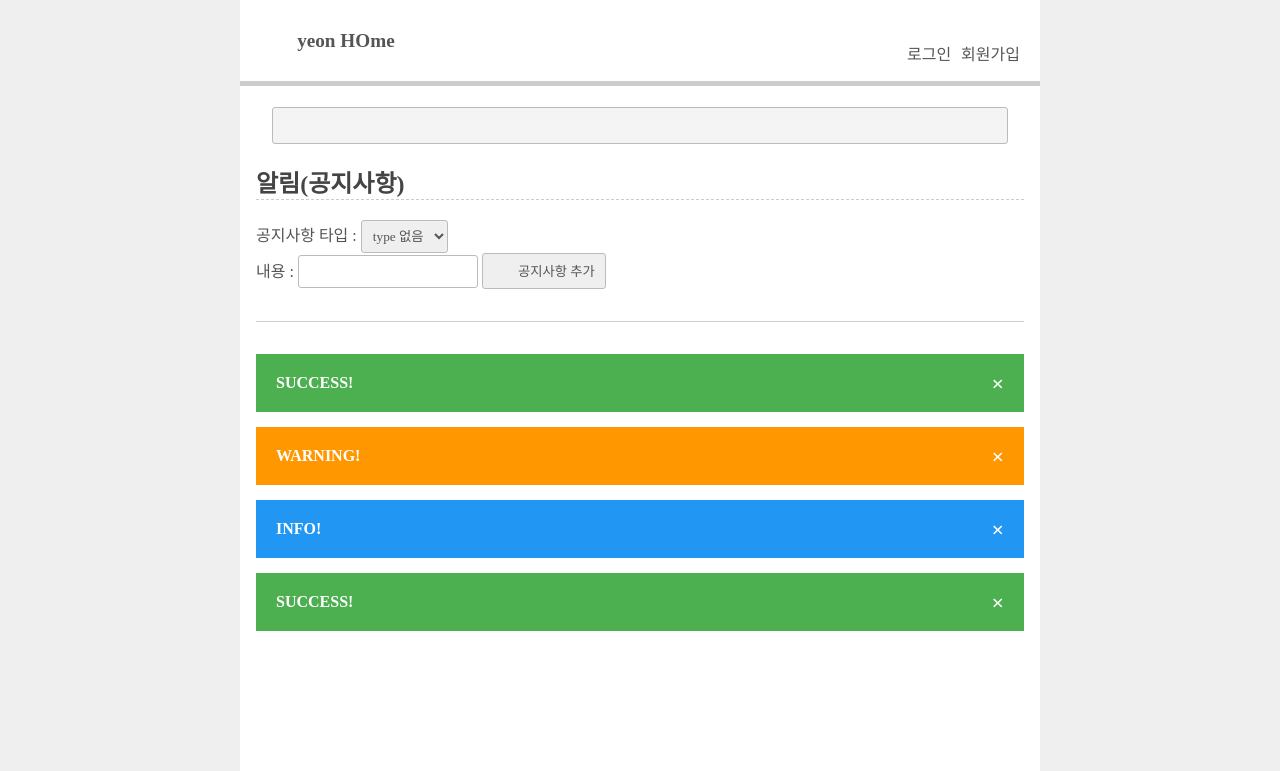
Repository: yeonhwa323/webPro
Page: webPro/src/main/webapp/javascript/days08/ex04_03.html
These files come from the project's save history. The page is drawn as it stood at one moment and after the next save; the edit follows.
The browser window is 1280 px wide. The pictures show the whole page.
Some web fonts or font styles are not loaded; a fallback is used.

Above is the page before, as saved 2024-04-16 02:39:10.

After the next save:
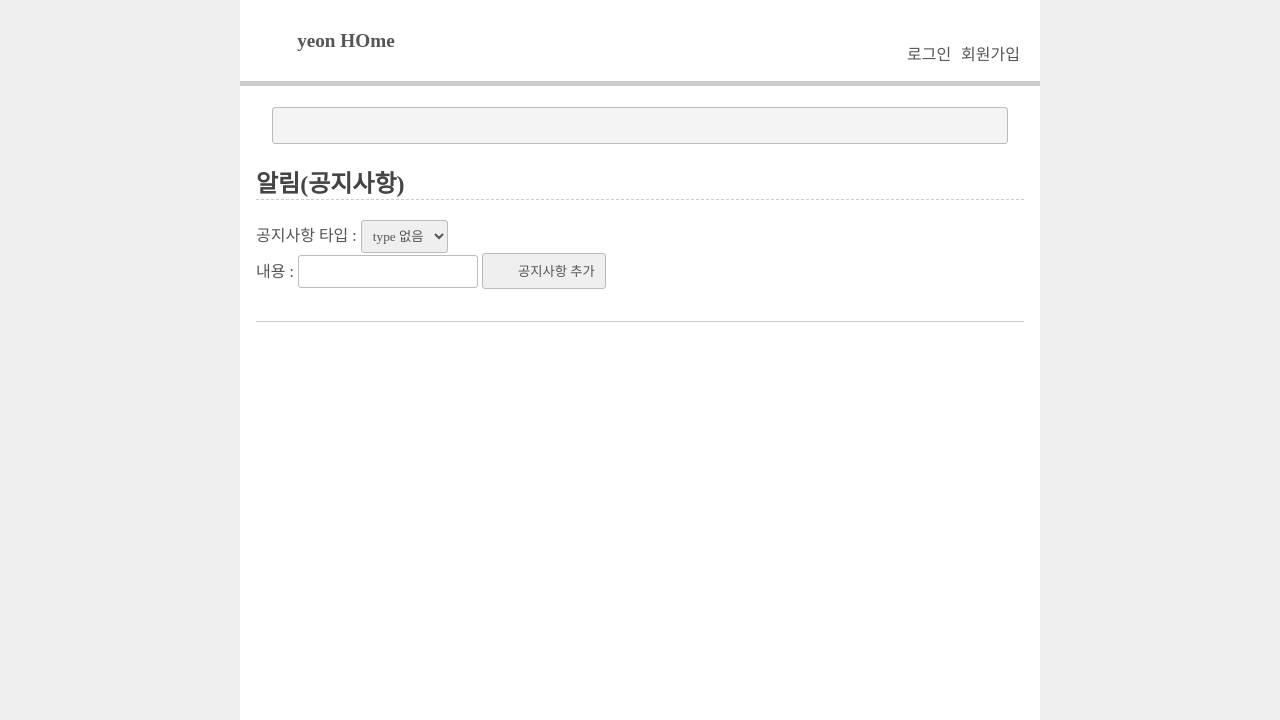
Console error: TypeError: document.creatTextNode is not a function
Saved 46 s later.
--- a/webPro/src/main/webapp/javascript/days08/ex04_03.html
+++ b/webPro/src/main/webapp/javascript/days08/ex04_03.html
@@ -145,8 +145,8 @@
 		strong.innerHTML = type.toUpperCase() + "!";
 		alertDiv.appendChild( strong );
 
-		//let content = document.creatTextNode(message);
-		//alertDiv.appendChild( content );
+		let content = document.creatTextNode(message);
+		alertDiv.appendChild( content );
 
 		const hrElemt = document.querySelector("body > div > hr");
 		hrElemt.parentElement.appendChild(alertDiv);

After the 3 saves that followed:
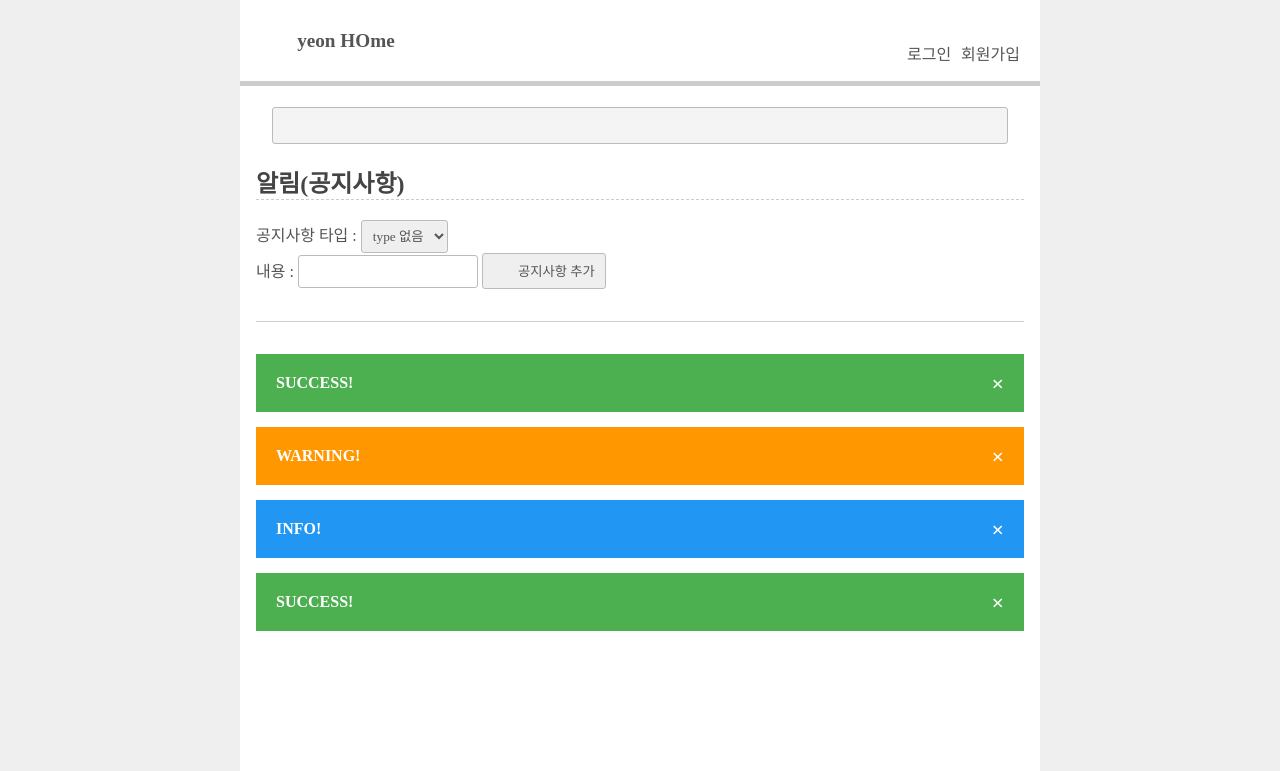
The error is gone.
The 3 saves are shown as one change because 2 left the picture as it was.
The last was saved 2 min 49 s later.
--- a/webPro/src/main/webapp/javascript/days08/ex04_03.html
+++ b/webPro/src/main/webapp/javascript/days08/ex04_03.html
@@ -145,8 +145,8 @@
 		strong.innerHTML = type.toUpperCase() + "!";
 		alertDiv.appendChild( strong );
 
-		let content = document.creatTextNode(message);
-		alertDiv.appendChild( content );
+		//let content = document.creatTextNode(message);
+		//alertDiv.appendChild( content );
 
 		const hrElemt = document.querySelector("body > div > hr");
 		hrElemt.parentElement.appendChild(alertDiv);
@@ -189,9 +189,11 @@
 		alertDiv.appendChild( content );
 
 		const hrElemt = document.querySelector("body > div > hr");
-		hrElemt.parentElement.appendChild(alertDiv);
+		//hrElemt.parentElement.appendChild(alertDiv);
+		hrElemt.parentElement.insertBefore(alertDiv
+								, hrElemt.nextElementSibling );
 
-    }
+    }// onclick
    </script>
 </body>
 </html>
